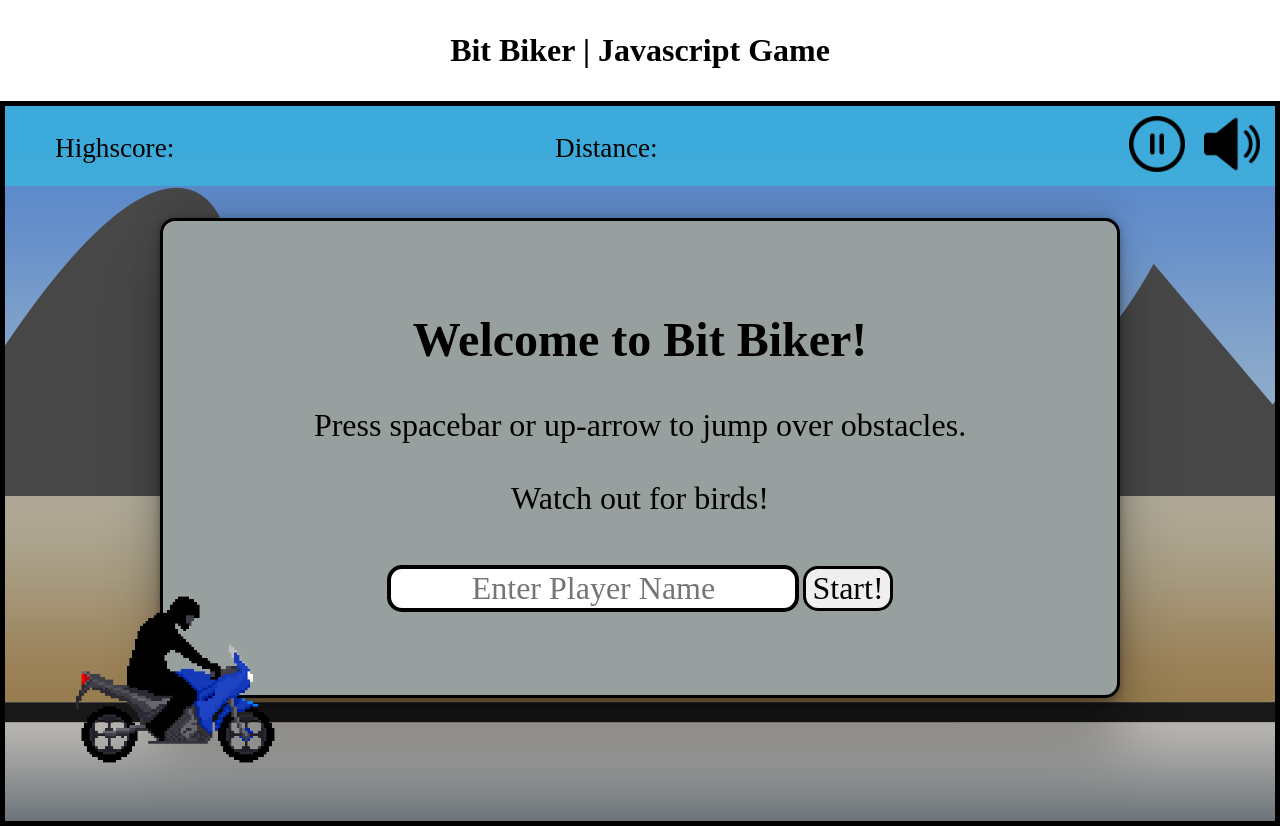
Repository: jellymel0n/bit-biker
Page: index.html
The author's editor kept a copy of each file at every save. The page is drawn from the files as they stood at one save, then again after the next save.
The browser window is 1280 px wide. The pictures show the whole page.

Above is the page before, as saved 2021-07-07 16:53:25.

After the next save:
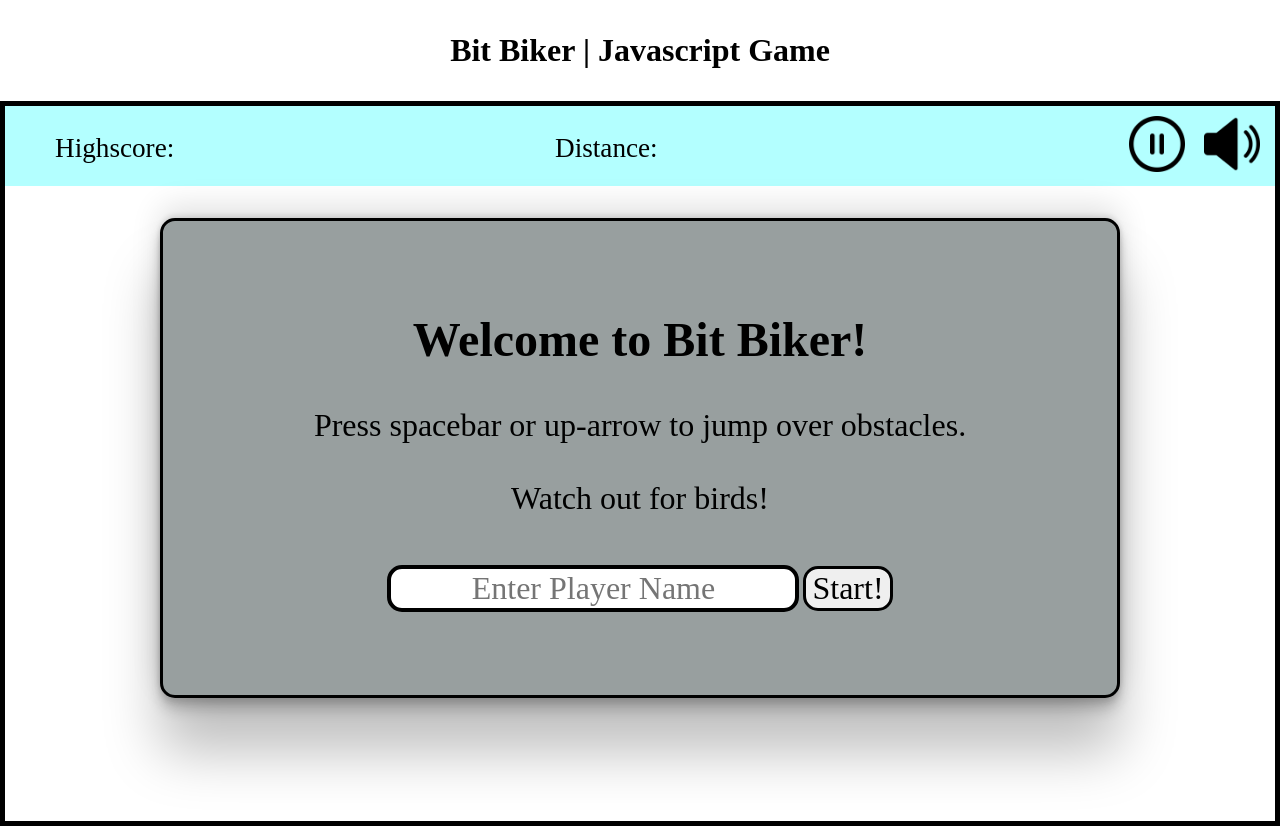
Console error: ReferenceError: Cannot access 'game' before initialization
Saved 31 s later.
--- a/scripts/script.js
+++ b/scripts/script.js
@@ -1,4 +1,5 @@
 'use strict';
+const songTime = game.song.currentTime
 
 const game = {
     title: 'Bit Biker',
@@ -73,7 +74,6 @@
         if (game.isRunning === true) {
             window.setInterval(game.generateBGProp, 3000);
             window.setInterval( () => {
-                const songTime = game.song.currentTime
                 if (songTime <= 48){
                     game.generateObstacle(-600);
                     game.gameLevel = 0;

After the save that followed:
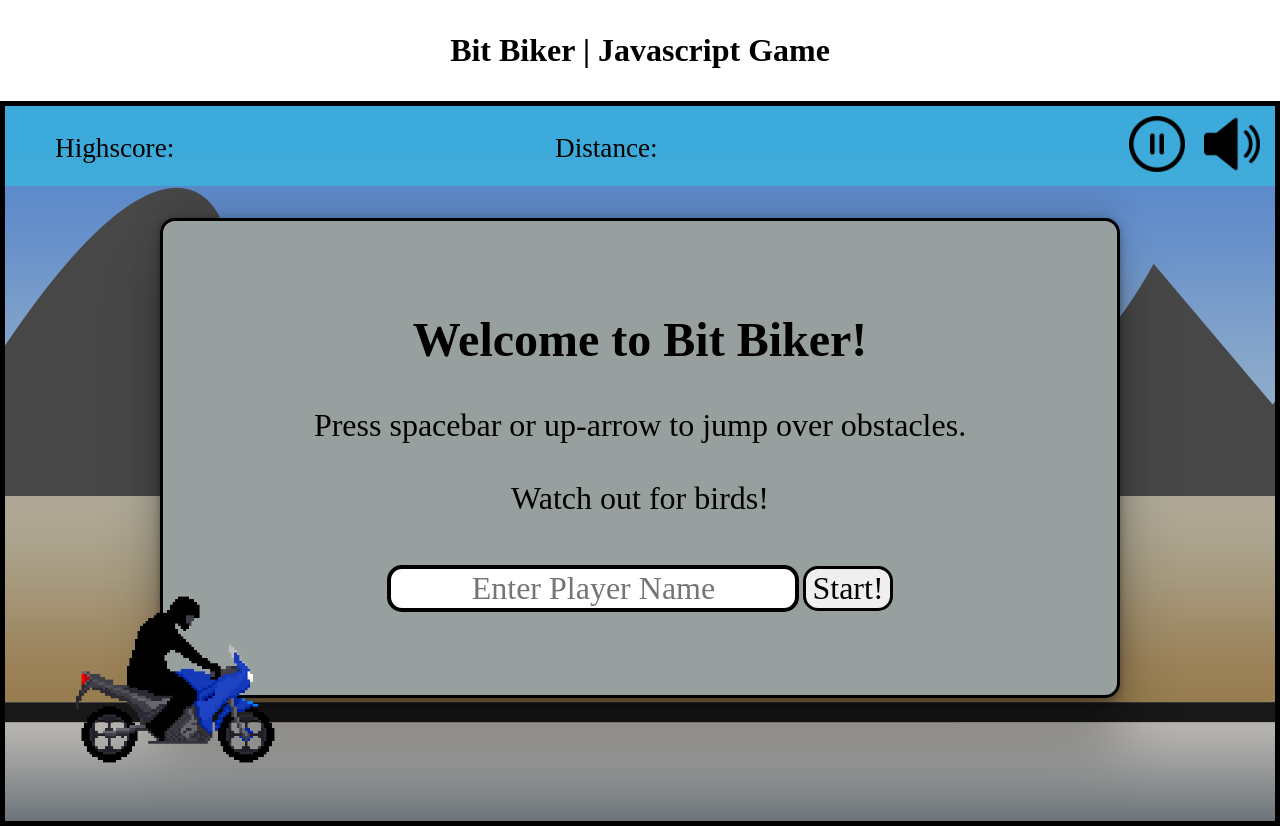
The error is gone.
Saved 16 s later.
--- a/scripts/script.js
+++ b/scripts/script.js
@@ -1,5 +1,4 @@
 'use strict';
-const songTime = game.song.currentTime
 
 const game = {
     title: 'Bit Biker',
@@ -311,7 +310,7 @@
     }
 
 }
-
+const songTime = game.song.currentTime
 
 
 // Object classes
